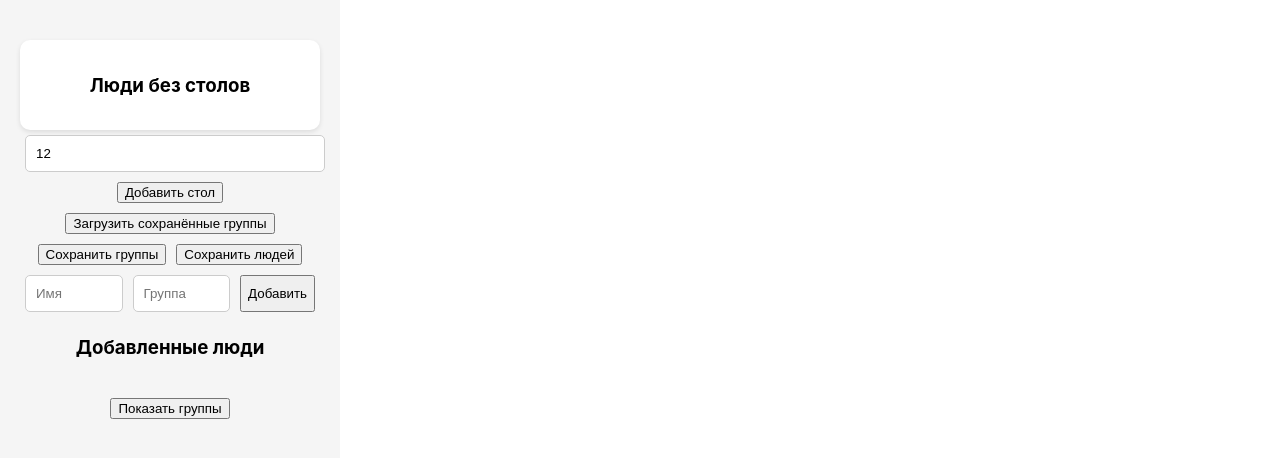
Repository: Vahan-23/Table-V2
Page: /
The author's editor kept a copy of each file at every save. The page is drawn from the files as they stood at one save, then again after the next save.
The browser window is 1280 px wide. The pictures show the whole page.
The project was rebuilt for these pictures with package versions that can differ from the ones it lists, and the page was loaded fresh each time.

Above is the page before, as saved 2025-02-26 13:12:36.

### src/App.js
import './App.css';
import SeatingArrangement from './component/SeatingArrangement';

function App() {
  return (
    <div className="App">
      <SeatingArrangement />
    </div>
  );
}

export default App;

### src/component/SeatingArrangement.jsx
import React, { useState, useEffect } from 'react';
import { useDrag, useDrop } from 'react-dnd';
import { DndProvider } from 'react-dnd';
import { HTML5Backend } from 'react-dnd-html5-backend';
import './App.css';


const SeatingArrangement = () => {
    const [tables, setTables] = useState([]);
    const [people, setPeople] = useState([]);
    const [groupInput, setGroupInput] = useState('');
    const [peopleInput, setPeopleInput] = useState('');
    const [showGroups, setShowGroups] = useState(false);
    const [draggingGroup, setDraggingGroup] = useState(null);
    const [zoom, setZoom] = useState(1);
    const [chairCount, setChairCount] = useState(12);


    const UnseatedPeopleList = ({ people, tables }) => {
        // Фильтруем людей, которые не сидят за столами
        const unseatedPeople = people.filter((person) => {
            return !tables.some((table) => table.people.some((tablePerson) => tablePerson && tablePerson.name === person.name));
        });

        return (
            <div className="unseated-people-list">
                <h3>Люди без столов</h3>
                <ul>
                    {unseatedPeople.map((person, index) => (
                        <li key={index}>
                            {person.name} (Группа {person.group})
                        </li>
                    ))}
                </ul>
            </div>
        );
    };

    useEffect(() => {
        window.addEventListener("wheel", handleWheel, { passive: false });
        return () => window.removeEventListener("wheel", handleWheel);
    }, []);

    const handleWheel = (e) => {
        if (e.ctrlKey) {
            e.preventDefault();
            setZoom((prevZoom) => {
                let newZoom = prevZoom + (e.deltaY > 0 ? -0.1 : 0.1);
                return Math.min(Math.max(newZoom, 0.5), 2); // Ограничиваем от 0.5x до 2x
            });
        }
    };

    useEffect(() => {
        const savedTables = JSON.parse(localStorage.getItem('tables'));
        if (savedTables) setTables(savedTables);
        const savedPeople = JSON.parse(localStorage.getItem('people'));
        if (savedPeople) setPeople(savedPeople);
    }, []);

    const handleAddPerson = (tableId, person) => {
        if (peopleInput && groupInput) {
            const newPerson = { name: peopleInput, group: groupInput };
            setPeople([...people, newPerson]);
            setPeopleInput('');
            setGroupInput('');
            setTables((prevTables) =>
                prevTables.map((table) =>
                  table.id === tableId
                    ? { ...table, people: [...table.people, person] } // Добавление нового человека
                    : table
                )
              );
        } else {
            alert('Пожалуйста, заполните все поля.');
        }
    };

    const handleDeletePerson = (personName) => {
        setPeople(people.filter((person) => person.name !== personName));
    };

    const handleAddTable = () => {
        setTables([...tables, { id: Date.now(),  people: [], chairCount }]); // Передаем количество стульев в таблицу
    };


    const handleChairCountChange = (e) => {
        setChairCount(parseInt(e.target.value, 10)); // Изменяем количество стульев
    };

    const handleDeleteTable = (tableId) => {
        setTables((prevTables) => {
            const tableToRemove = prevTables.find((t) => t.id === tableId);

            if (tableToRemove) {
                setPeople((prevPeople) => {
                    const peopleToReturn = tableToRemove.people.filter((p) => p && p.name); // Проверка на пустые или невалидные объекты

                    const newPeople = [...prevPeople];
                    peopleToReturn.forEach((person) => {
                        // Проверка на наличие такого человека в новом списке людей
                        if (person && !newPeople.some((p) => p.name === person.name)) {
                            newPeople.push(person);
                        }
                    });
                    return newPeople;
                });
            }

            // Удаляем стол
            return prevTables.filter((t) => t.id !== tableId);
        });
    };

    const saveTables = () => {
        localStorage.setItem('tables', JSON.stringify(tables));
    };

    const loadSavedTables = () => {
        const savedTables = JSON.parse(localStorage.getItem('tables'));
        if (savedTables) setTables(savedTables);
    };

    const savePeople = () => {
        localStorage.setItem('people', JSON.stringify(people));
    };


    const renderGroups = () => {
        const groupedPeople = people.reduce((acc, person) => {
            if (!acc[person.group]) acc[person.group] = [];
            acc[person.group].push(person);
            return acc;
        }, {});

        return Object.entries(groupedPeople).map(([groupName, group], index) => (
            <Group
                key={index}
                group={group}
                groupName={groupName} // отображаем имя группы, которое задано пользователем
                setDraggingGroup={setDraggingGroup}
            />
        ));
    };

    return (
        <DndProvider backend={HTML5Backend}>
            <div className="container">
                <div className="left-panel">
                <UnseatedPeopleList people={people} tables={tables} />
                    <div className="controls">
                    <input
                            type="number"
                            value={chairCount}
                            onChange={handleChairCountChange}
                            min="1"
                            placeholder="Количество стульев на столе"
                        />
                        <button onClick={handleAddTable}>Добавить стол</button>
                        <button onClick={loadSavedTables}>Загрузить сохранённые группы</button>
                        <button onClick={saveTables}>Сохранить группы</button>
                        <button onClick={savePeople}>Сохранить людей</button>
                    </div>

                    <div className="person-input">
                        <input
                            type="text"
                            value={peopleInput}
                            onChange={(e) => setPeopleInput(e.target.value)}
                            placeholder="Имя"
                        />
                        <input
                            type="text"
                            value={groupInput}
                            onChange={(e) => setGroupInput(e.target.value)}
                            placeholder="Группа"
                        />
                        <button onClick={handleAddPerson}>Добавить</button>
                    </div>

                    <div className="people-list">
                        <h3>Добавленные люди</h3>
                        <ul>
                            {people.map((person, index) => (
                                <li key={index}>
                                    {person.name} (Группа {person.group})
                                    <button
                                        onClick={() => handleDeletePerson(person.name)}
                                        className="delete-btn"
                                    >
                                        Удалить
                                    </button>
                                </li>
                            ))}
                        </ul>
                    </div>

                    <div className="toggle-groups">
                        <button onClick={() => setShowGroups(!showGroups)}>
                            {showGroups ? 'Скрыть группы' : 'Показать группы'}
                        </button>
                        {showGroups && (
                            <div className="group-list">

                                <h3>Группы для перетаскивания: </h3>
                                {renderGroups()}
                                <div className="controls">
                                    <button onClick={() => setZoom((z) => Math.min(z + 0.1, 2))}>+</button>
                                    <button onClick={() => setZoom((z) => Math.max(z - 0.1, 0.5))}>-</button>
                                </div>
                            </div>
                        )}
                    </div>
                </div>

                <div className="right-panel" style={{ transform: `scale(${zoom})`, transformOrigin: "center" }}>
            {tables.map((table) => (
                <Table
                    key={table.id}
                    table={table}
                    setTables={setTables}
                    handleDeleteTable={handleDeleteTable}
                    draggingGroup={draggingGroup}
                    setDraggingGroup={setDraggingGroup}
                    people={people} // Pass the `people` prop here
                    setPeople={setPeople}

                />
            ))}

            {draggingGroup && (
                <NewTable
                    draggingGroup={draggingGroup}
                    setTables={setTables}
                    setDraggingGroup={setDraggingGroup}
                    setPeople={setPeople}
                />
            )}
        </div>
            </div>
        </DndProvider>
    );

};

const Popup = ({ people, onSelectPerson, onClose }) => {
    return (
        <div className="popup-overlay" onClick={onClose}>
            <div className="popup-content" onClick={(e) => e.stopPropagation()}>
                <h3>Выберите человека</h3>
                <ul>
                    {people.map((person, index) => (
                        <li key={index}>
                            <button onClick={() => onSelectPerson(person)}>
                                {person.name}
                            </button>
                        </li>
                    ))}
                </ul>
                <button onClick={onClose}>Закрыть</button>
            </div>
        </div>
    );
};

// Компонент Table
const Table = ({ table, setTables, handleDeleteTable, draggingGroup, setDraggingGroup, people ,setPeople }) => {
    const [selectedChairIndex, setSelectedChairIndex] = useState(null);
    const [isPopupVisible, setIsPopupVisible] = useState(false);

    const [, drop] = useDrop({
        accept: 'GROUP',
        drop: (item) => {
            if (table.people.length + item.group.length <= table.chairCount) { // Используем chairCount стола
                setTables((prevTables) =>
                    prevTables.map((t) =>
                        t.id === table.id
                            ? { ...t, people: [...t.people, ...item.group] }
                            : t
                    )
                );
                setDraggingGroup(null);
                setPeople((prevPeople) =>
                    prevPeople.filter((person) =>
                        !item.group.some((groupPerson) => groupPerson.name === person.name)
                    )
                ); }
                else {
                alert(`На столе не может быть больше ${table.chairCount} человек!`);
            }
        },
    });

    const handleChairClick = (index) => {
        setSelectedChairIndex(index);
        setIsPopupVisible(true); // Показываем попап
    };

    const handleSelectPerson = (person) => {
        if (selectedChairIndex !== null) {
            // Копируем текущие данные стола и людей
            const updatedPeople = [...table.people];
            updatedPeople[selectedChairIndex] = person;

            // Обновляем столы с изменением людей
            setTables((prevTables) =>
                prevTables.map((t) =>
                    t.id === table.id ? { ...t, people: updatedPeople } : t
                )
            );

            // Обновляем список людей, удаляя выбранного человека
            setPeople((prevPeople) =>
                prevPeople.filter((p) => p.name !== person.name)
            );

            // Закрываем попап и сбрасываем выбранный стул
            setIsPopupVisible(false);
            setSelectedChairIndex(null);
        }
    };


    const filteredPeople = people.filter((person) => {
        return !table.people.some((tablePerson) => tablePerson && tablePerson.name === person.name);
    });

    const chairs = [];
    const angleStep = 360 / table.chairCount; // Используем chairCount стола
    const radius = 140;

    const peopleOnTable = table.people || [];

    for (let i = 0; i < table.chairCount; i++) { // Здесь также используем chairCount
        const angle = angleStep * i;
        const xPosition = radius * Math.cos((angle * Math.PI) / 180);
        const yPosition = radius * Math.sin((angle * Math.PI) / 180);

        const chairStyle = {
            position: 'absolute',
            top: '50%',
            left: '50%',
            transformOrigin: 'center',
            width: '60px',
            height: '60px',
            backgroundImage: peopleOnTable[i] ? "url('/red1.png')" : "url('/green2.png')",
            backgroundSize: 'cover',
            backgroundPosition: 'center',
            backgroundRepeat: 'no-repeat',
            color: 'white',
            display: 'flex',
            justifyContent: 'center',
            alignItems: 'center',
            borderRadius: '50%',
            fontSize: '12px',
            textAlign: 'center',
            left: `calc(50% + ${xPosition}px)`,
            top: `calc(50% + ${yPosition}px)`,

        };


        if (angle >= 0 && angle < 90) {
            chairStyle.transform = `rotate(${angle + 90}deg)`;
        } else if (angle >= 90 && angle < 180) {
            chairStyle.transform = `rotate(${angle + 90}deg)`;
        } else if (angle >= 180 && angle < 270) {
            chairStyle.transform = `rotate(${angle + 90}deg)`;
        } else {
            chairStyle.transform = `rotate(${angle + 90}deg)`;
        }

        chairs.push(
            <div
                key={i}
                className="chair"
                style={chairStyle}
                onClick={() => handleChairClick(i)}
            >
                {peopleOnTable[i] ? peopleOnTable[i].name : ''}
            </div>
        );
    }


    return (
        <div ref={drop} className="tableContainer">
            <h3>Стол {table.id} (Стульев: {table.chairCount})</h3> {/* Отображаем количество стульев */}
            <div className="table">
                <div className="table-top">
                    {chairs}
                </div>
            </div>
            <button onClick={() => handleDeleteTable(table.id)}>Удалить стол</button>

            {isPopupVisible && (
                <div className="popup-overlay">
                    <div className="popup">
                        <h3>Выберите человека</h3>
                        <ul>
                            {filteredPeople.map((person) => (
                                <li key={person.name} onClick={() => handleSelectPerson(person)}>
                                    {person.name}
                                </li>
                            ))}
                        </ul>
                        <button onClick={() => setIsPopupVisible(false)}>Закрыть</button>
                    </div>
                </div>
            )}
        </div>
    );
};


const Group = ({ group, groupName, setDraggingGroup }) => {
    const [{ isDragging }, drag] = useDrag({
        type: 'GROUP',
        item: { group },
        collect: (monitor) => ({
            isDragging: monitor.isDragging(),
        }),
    });

    useEffect(() => {
        if (isDragging) {
            setDraggingGroup(group);
        }
    }, [isDragging, group, setDraggingGroup]);

    return (
        <div ref={drag} className="group" style={{ opacity: isDragging ? 0.5 : 1 }}>
            <h4>{groupName}</h4>
        </div>
    );
};




const NewTable = ({ draggingGroup, setTables, setDraggingGroup , setPeople }) => {
    const [{ isOver }, drop] = useDrop({
        accept: 'GROUP',
        drop: (item) => {
            // Ensure the group isn't too large
            if (item.group.length <= 12) {
                const newTable = {
                    id: Date.now(), // Unique ID for the table
                    people: item.group, // Assign the dropped group to the table
                    chairCount: item.group.length, // Number of chairs is equal to the group size
                };

                // Add the new table to the state
                setTables((prevTables) => [...prevTables, newTable]);
                setPeople((prevPeople) =>
                    prevPeople.filter((person) => !item.group.some((groupPerson) => groupPerson.name === person.name))
                );

            } else {
                alert('Новый стол не может содержать больше 12 человек!');
            }

            // Reset the dragging group after the drop
            setDraggingGroup(null);
        },
        collect: (monitor) => ({
            isOver: monitor.isOver(), // Determine if the area is being hovered
        }),
    });

    return (
        <div
            ref={drop}
            className={`new-table ${isOver ? 'hovered' : ''}`} // Add a visual effect when hovered
            style={{
                border: '2px dashed gray',
                padding: '20px',
                textAlign: 'center',
                backgroundColor: isOver ? '#e0e0e0' : '#f5f5f5',
            }}
        >
            Перетащите группу сюда, чтобы создать новый стол
        </div>
    );
};


export default SeatingArrangement;

### src/component/App.css
.container {
  display: flex;
  height: 100vh;
}

.left-panel {
  width: 300px;
  background-color: #f5f5f5;
  padding: 20px;
  overflow-y: auto;
}

.right-panel {
  flex: 1;
  background-color: white;
  padding: 20px;
  overflow-y: auto;
}
.right-panel {
  transform-origin: center;
  transition: transform 0.2s ease;
}

.controls button, .person-input button {
  margin: 5px;
}

.person-input {
  display: flex;
  justify-content: space-between;
  margin-bottom: 10px;
}

input {
  display: flex;
  justify-content: space-between;
  padding: 10px;
  margin: 5px;
  border: 1px solid #ccc;
  border-radius: 5px;
  width: calc(100% - 22px); /* Учитываем padding и border */
}
.people-list ul {
  list-style-type: none;
  padding: 0;
}

.people-list li {
  margin-bottom: 10px;
}

.delete-btn {
  margin-left: 10px;
}

.toggle-groups button {
  margin-top: 20px;
}
.tableContainer {
  background-color: white;
  padding: 20px;
  border-radius: 10px;
  box-shadow: 0 2px 5px rgba(0, 0, 0, 0.1);
  margin: 20px;
  position: relative;
}

.table {
  /* position: relative; */
  margin: 20px;
  width: 200px;
  height: 200px;
  border: 50px solid #e7d8c7;
  border-radius: 50%;
  display: flex;
  justify-content: center;
  align-items: center;
  background-image: url('../../public/table.jpg');
  background-size: cover;
}

.table-top {
  position: relative;
  top: -15%;
  left: -15%;
  /* /* width: 250px; */
  /* height: 250px; */
}

.chair {
  position: absolute;
  width: 60px;
  height: 60px;
  background-size: cover;
  background-position: center;
  background-repeat: no-repeat;
  color: white;
  display: flex;
  justify-content: center;
  align-items: center;
  border-radius: 50%;
  font-size: 12px;
  text-align: center;
  cursor: pointer;
  transition: transform 0.2s ease, opacity 0.2s ease;
}

.chair:hover {
  transform: scale(1.1);
  opacity: 0.7;
}
.new-table {
  width: 100px;
  height: 100px;
  background-color: lightgray;
  margin: 10px;
  display: flex;
  justify-content: center;
  align-items: center;
  font-size: 14px;
  border: 2px dashed #3498db;
  position: relative;
}

.group {
  background-color: white;
  padding: 15px;
  border-radius: 10px;
  box-shadow: 0 2px 5px rgba(0, 0, 0, 0.1);
  margin: 10px 0;
  cursor: grab;
}
.group h4 {
  margin: 0;
}

/* Стиль для затемнённого фона */
.popup-overlay {
  position: fixed;
  top: 0;
  left: 0;
  width: 100%;
  height: 100%;
  background: rgba(0, 0, 0, 0.7);
  display: flex;
  justify-content: center;
  align-items: center;
  z-index: 1000; /* Делает попап на переднем плане */
}

/* Стиль для самого попапа */
.popup {
  background-color: white;
  padding: 20px;
  border-radius: 8px;
  box-shadow: 0 4px 6px rgba(0, 0, 0, 0.1);
  width: 300px;
  max-height: 80%;
  overflow-y: auto;
}

/* Список людей */
.popup ul {
  list-style-type: none;
  padding: 0;
}

.popup li {
  padding: 10px;
  cursor: pointer;
  border-bottom: 1px solid #ddd;
}

.popup li:hover {
  background-color: #f0f0f0;
}

.popup button {
  margin-top: 10px;
  background-color: #ff6b6b;
  color: white;
  border: none;
  padding: 10px 15px;
  border-radius: 5px;
  cursor: pointer;
  font-size: 14px;
}

.popup button:hover {
  background-color: #ff4a4a;
}

.unseated-people-list {
  background-color: white;
  padding: 15px;
  border-radius: 10px;
  box-shadow: 0 2px 5px rgba(0, 0, 0, 0.1);
  margin-top: 20px;
}
.unseated-people-list ul {
  list-style-type: none;
  padding: 0;
}
.unseated-people-list li {
  padding: 10px;
  border-bottom: 1px solid #eee;
}

Loaded but not shown: public/index.html (common file); src/index.js (common file); src/index.css (common file); src/reportWebVitals.js (common file); src/App.css (common file)

After the next save:
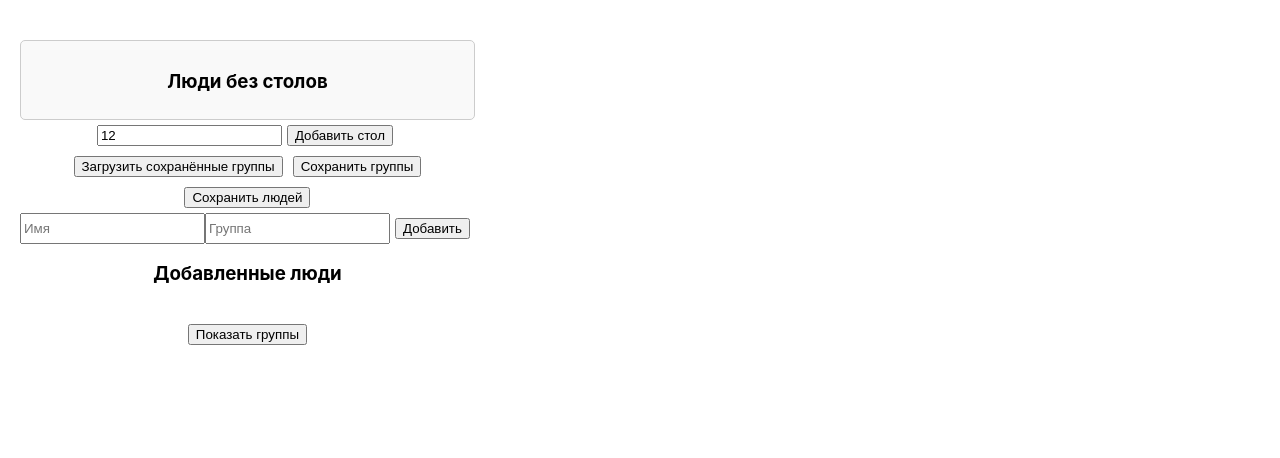
Saved 33 s later.
--- a/src/component/App.css
+++ b/src/component/App.css
@@ -1,24 +1,18 @@
 .container {
   display: flex;
-  height: 100vh;
+  padding: 20px;
 }
 
 .left-panel {
-  width: 300px;
-  background-color: #f5f5f5;
-  padding: 20px;
-  overflow-y: auto;
+  flex: 1;
+  margin-right: 20px;
 }
 
 .right-panel {
-  flex: 1;
-  background-color: white;
-  padding: 20px;
-  overflow-y: auto;
-}
-.right-panel {
-  transform-origin: center;
-  transition: transform 0.2s ease;
+  flex: 2;
+  display: flex;
+  flex-wrap: wrap;
+  justify-content: flex-start;
 }
 
 .controls button, .person-input button {
@@ -31,15 +25,6 @@
   margin-bottom: 10px;
 }
 
-input {
-  display: flex;
-  justify-content: space-between;
-  padding: 10px;
-  margin: 5px;
-  border: 1px solid #ccc;
-  border-radius: 5px;
-  width: calc(100% - 22px); /* Учитываем padding и border */
-}
 .people-list ul {
   list-style-type: none;
   padding: 0;
@@ -56,13 +41,19 @@ input {
 .toggle-groups button {
   margin-top: 20px;
 }
-.tableContainer {
-  background-color: white;
-  padding: 20px;
-  border-radius: 10px;
-  box-shadow: 0 2px 5px rgba(0, 0, 0, 0.1);
-  margin: 20px;
+
+.tableContainer{
   position: relative;
+  display: flex;
+  width: 450px;
+  height: 450px;
+  /* background-color: aqua; */
+  justify-content: space-between;
+  align-items: center;
+  text-align: center;
+  flex-direction: column;
+  /* border-radius: 50%; */
+  overflow: hidden;
 }
 
 .table {
@@ -123,13 +114,12 @@ input {
 }
 
 .group {
-  background-color: white;
-  padding: 15px;
-  border-radius: 10px;
-  box-shadow: 0 2px 5px rgba(0, 0, 0, 0.1);
-  margin: 10px 0;
-  cursor: grab;
-}
+  padding: 10px;
+  border: 1px solid black;
+  margin-bottom: 10px;
+  cursor: move;
+}
+
 .group h4 {
   margin: 0;
 }
@@ -191,17 +181,27 @@ input {
 }
 
 .unseated-people-list {
-  background-color: white;
-  padding: 15px;
-  border-radius: 10px;
-  box-shadow: 0 2px 5px rgba(0, 0, 0, 0.1);
   margin-top: 20px;
-}
+  padding: 10px;
+  border: 1px solid #ccc;
+  border-radius: 5px;
+  background-color: #f9f9f9;
+}
+
+.unseated-people-list h3 {
+  margin-bottom: 10px;
+}
+
 .unseated-people-list ul {
   list-style-type: none;
   padding: 0;
 }
+
 .unseated-people-list li {
-  padding: 10px;
-  border-bottom: 1px solid #eee;
-}
+  padding: 5px;
+  border-bottom: 1px solid #ddd;
+}
+
+.unseated-people-list li:last-child {
+  border-bottom: none;
+}
